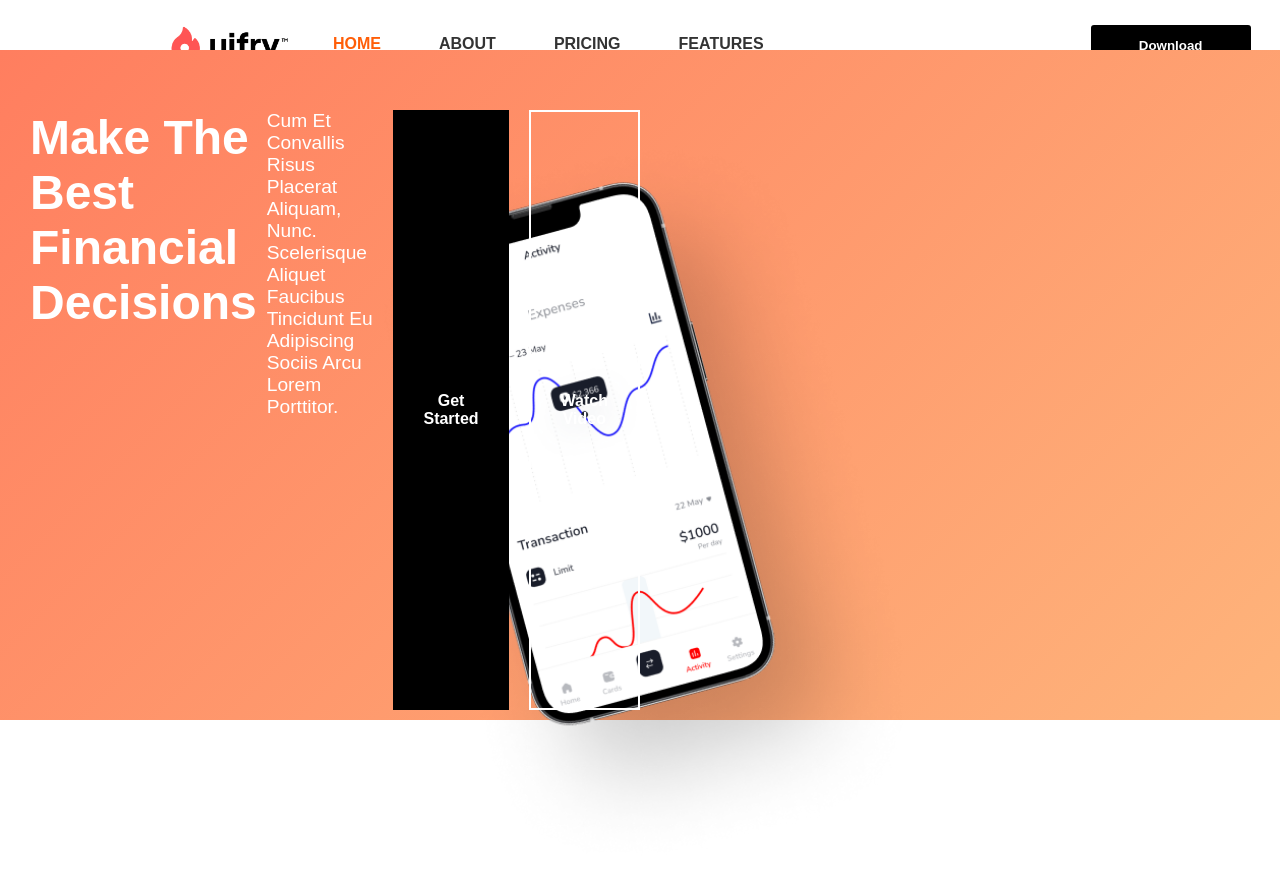
Repository: sakshambansal7/Uifry
Page: index.html
These files come from the project's save history. The page is drawn as it stood at one moment and after a run of saves; the edit follows.
The browser window is 1280 px wide. The pictures show the whole page.

Above is the page before, as saved 2024-06-12 15:03:17.

### index.html
<!DOCTYPE html>
<html lang="en">
  <head>
    <meta charset="UTF-8" />
    <meta name="viewport" content="width=device-width, initial-scale=1.0" />
    <title>uifry.com</title>
    <link rel="stylesheet" href="style.css" />
  </head>
  <body>
    <nav class="navbar">
      <div>
        <img class="logo" src="./images/logo.png" alt="img" />
      </div>
      <div class="nav">
        <div><a href="#" class="nav__link active">Home </a></div>
        <div><a href="#" class="nav__link">About Us</a></div>
        <div><a href="#" class="nav__link">Pricing</a></div>
        <div><a href="#" class="nav__link">features</a></div>
      </div>
      <div class="download">
        <button class="button">Download</button>
      </div>
    </nav>
    <div class="part1 absolute">
      <div class="left absolute insert-0 justify-center ">
        <div class="bg-shape1 bg-primary opacity-50 bg-blur"></div>
        <div class="bg-shape2 bg-yellow opacity-50 bg-blur"></div>

        <h1>Make The Best Financial Decisions</h1>
        <p>
          Cum Et Convallis Risus Placerat Aliquam, Nunc. Scelerisque Aliquet
          Faucibus Tincidunt Eu Adipiscing Sociis Arcu Lorem Porttitor.
        </p>
        <div class="cta-buttons">
          <button class="get-started-btn">Get Started</button>
          <button class="watch-video-btn">Watch Video</button>
        </div>
      </div>
      <div class="right">
        <img src="./images/igraph.png" alt="Mobile App Mockup" />
      </div>
    </div>
  </body>
  <script src="script.js"></script>
</html>

### style.css

*{
    margin: 0px;
    padding: 5px;

}
body {
  margin-left: 20vh;
  margin-right: 20vh;
  font-family: Arial, sans-serif;
  background: #fff;
  color: #333;
  justify-content: center;
  box-sizing: border-box;
}

  /* navbar */
.logo {
  width: 120px;
}


.navbar{
  display: flex;
  justify-content: flex-start;

}
.nav{
  padding-top: 10px;
  display: flex;
  justify-content: center;

}
nav  {
  display: inline;
}

nav a {
  text-decoration: none;
  color: #333;
  font-weight: bold;
}


.button {
  width: 160px;
  height: 40px;
  border-radius: 3px;

  background-color: #000;
  color: #fff;
  padding: 10px 20px;
  border: none;
  cursor: pointer;
  font-weight: bold;
  margin-left: 40vh;
}
.download{

  padding-top: 10px;
}


.nav__link {
    display: block;
    padding: .3125rem 1.5rem;
    text-transform: uppercase;
  }

  .nav__link.active  {

    color: #FF5E08;
  }

  /* part-1 */

  .part1 {
    display: flex;
    justify-content: space-between;
    padding: 60px 40px;
    background: linear-gradient(135deg, #ff7e5f, #feb47b);
    color: #fff;
}

.left {
  max-width: 50%;
}

.part1 h1 {
  font-size: 3em;
  margin: 0 0 20px;
}

.part1 p {
  font-size: 1.2em;
  margin: 0 0 40px;
}

.cta-buttons {
  display: flex;
  gap: 20px;
}

.get-started-btn,
.watch-video-btn {
  background: #000;
  color: #fff;
  padding: 15px 30px;
  border: none;
  cursor: pointer;
  font-size: 1em;
  font-weight: bold;
}

.watch-video-btn {
  background: transparent;
  border: 2px solid #fff;
}

.right {
  max-width: 50%;
}

.right img {
  width: 100%;
}
/* background-effect */
.absolute{
  position: absolute;
  top: 50px !important;
  inset: 0;
  justify-content: center;
  display: inline-flex;
  flex-direction: row;
}

.justify-center{
  justify-content: center;
}

.bg-shape

### script.js
document.addEventListener('DOMContentLoaded', function() {
    const selector = '.nav__link';
    const elems = Array.from( document.querySelectorAll( selector ) );
    const navigation = document.querySelector( 'nav' );

    function makeActive( evt ) {
      const target = evt.target;

      if ( !target || !target.matches( selector ) ) {
        return;
      }

      elems.forEach( elem => elem.classList.remove( 'active' ) );

        evt.target.classList.add( 'active' );
    };

    navigation.addEventListener( 'mousedown', makeActive );

    } );

After the next 3 saves:
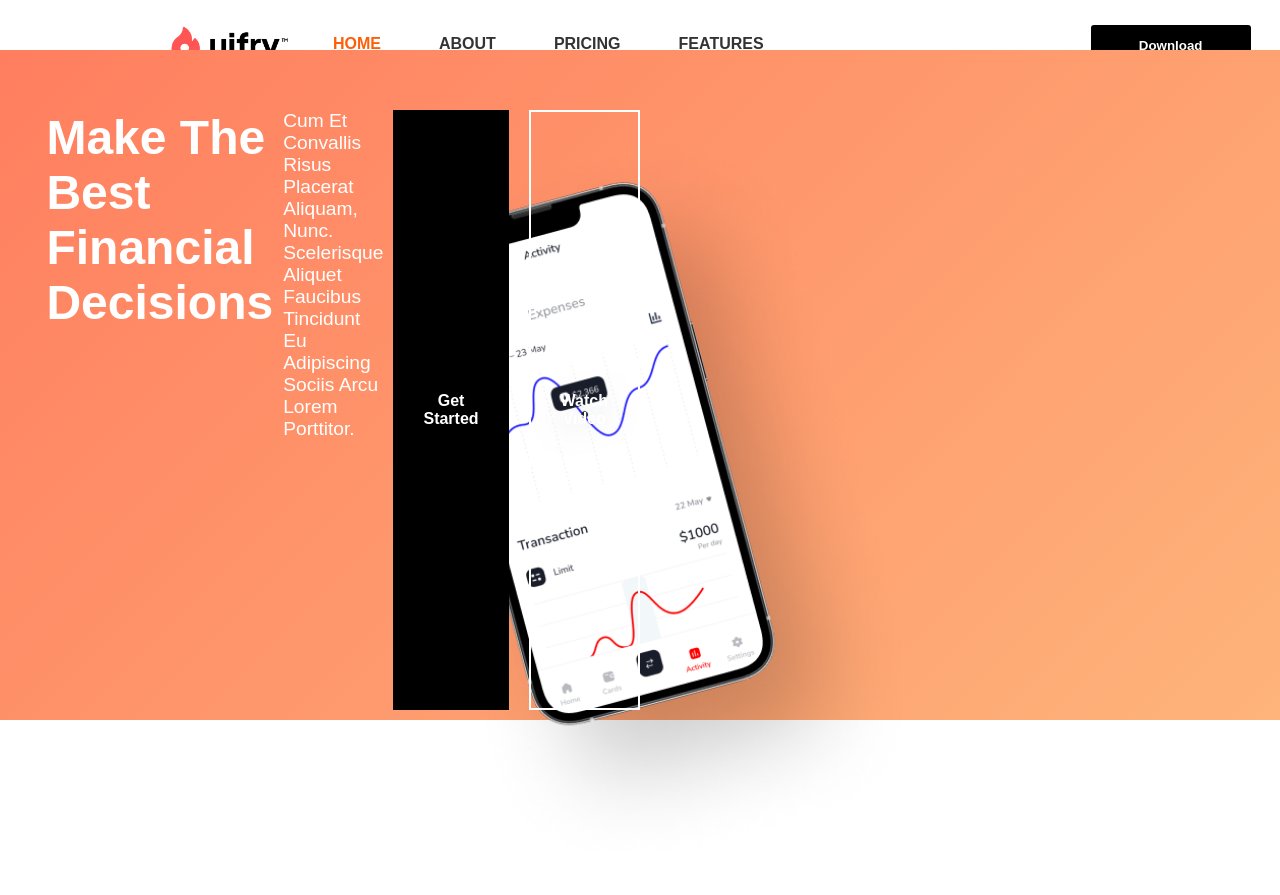
The 3 saves are shown as one change because they came seconds apart.
The last was saved 11 s later.
--- a/style.css
+++ b/style.css
@@ -138,4 +138,6 @@ nav a {
   justify-content: center;
 }
 
-.bg-shape
+.bg-shape1{
+  width: 400px;
+}
